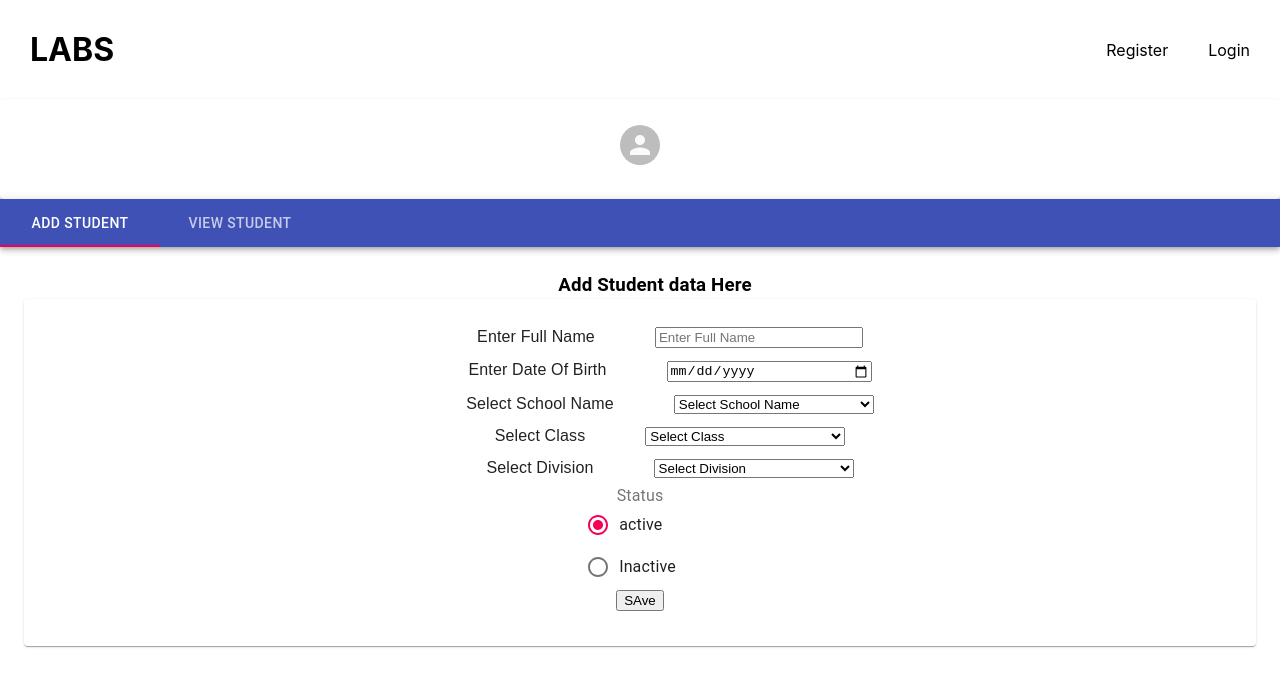
Repository: Prafullkuma/labsdata
Page: /admin
These files come from the project's save history. The page is drawn as it stood at one moment and after the next save; the edit follows.
The browser window is 1280 px wide. The pictures show the whole page.
The project was rebuilt for these pictures with package versions that can differ from the ones it lists, and the page was loaded fresh each time. Also part of the build but not shown: src/Component/Student/ViewData/ViewData.css, src/Component/Student/ViewData/ViewStudentData.js, src/Component/Student/ViewStudent.js, src/Component/Main.js, src/Auth/Login.js, src/Auth/signup.css, src/Auth/Signup.js.

Above is the page before, as saved 2020-08-27 09:53:26.

After the next save:
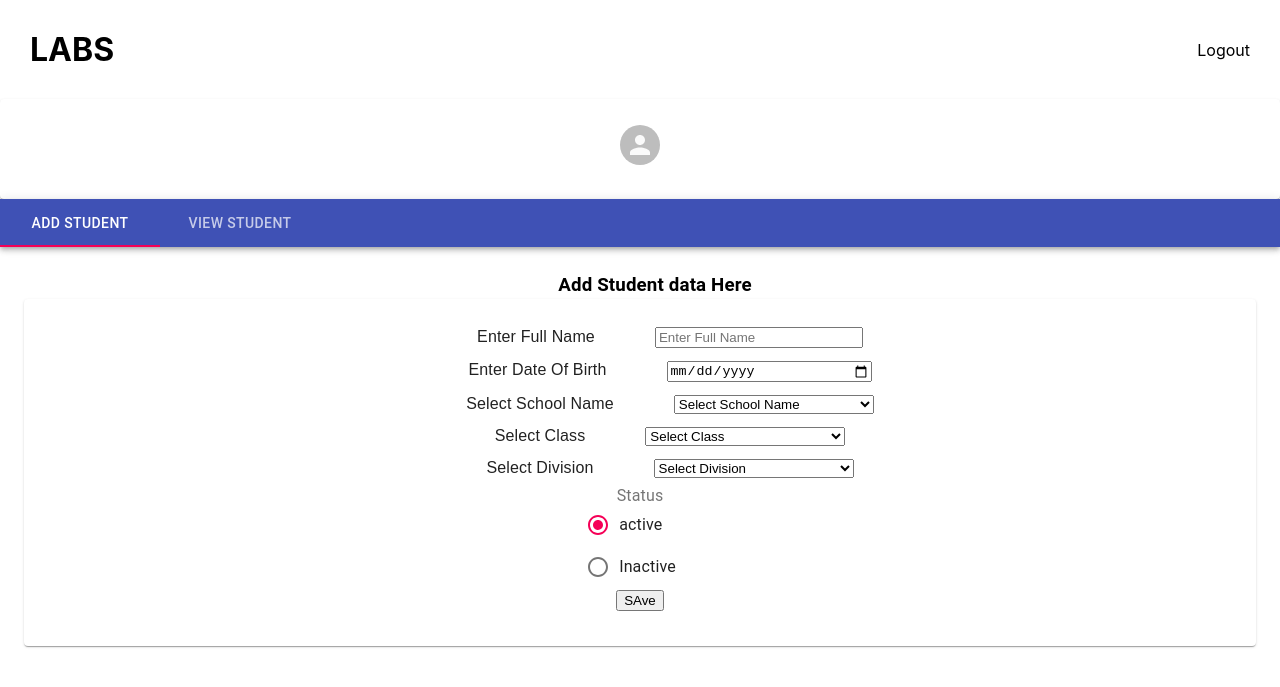
Saved 94 s later.
--- a/src/Component/Nav.js
+++ b/src/Component/Nav.js
@@ -21,13 +21,13 @@
             <h1> <Link to="/"> LABS</Link></h1>
             <ul>
                 {user.email ?
-                    <li><Link to="/" onClick={logoutHandler}>Logout</Link>
-                    </li> :
-
                     <div>
                         <li><Link to="/signup"> Register</Link></li>
                         <li><Link to="/login">Login</Link></li>
-                    </div>
+                    </div> :
+                    <li><Link to="/" onClick={logoutHandler}>Logout</Link>
+                    </li>
+
                 }
 
             </ul>

After the 3 saves that followed:
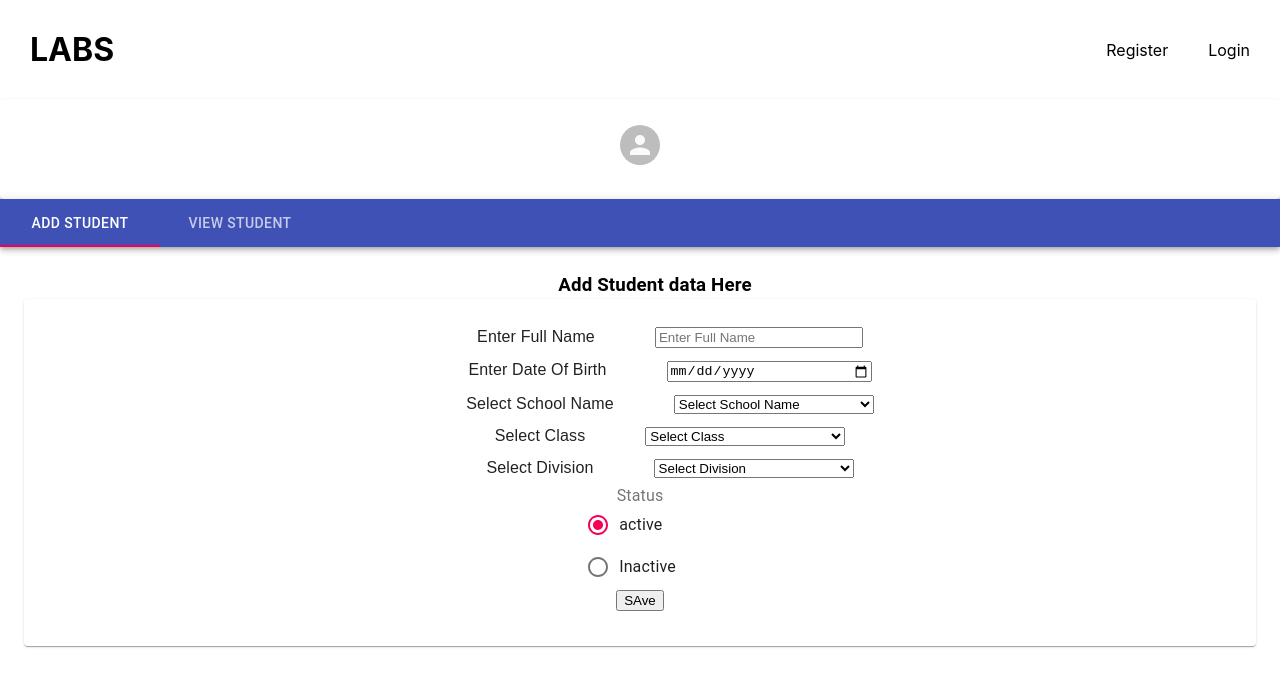
The 3 saves are shown as one change because 2 left the picture as it was.
The last was saved 3 min 13 s later.
--- a/src/Component/Nav.js
+++ b/src/Component/Nav.js
@@ -20,13 +20,14 @@
         <div className="Navbar">
             <h1> <Link to="/"> LABS</Link></h1>
             <ul>
-                {user.email ?
+                {user.email === "prafull@gmail.com" ?
+                    <li onClick={logoutHandler}><Link to="/" >Logout</Link>
+                    </li>
+                    :
                     <div>
                         <li><Link to="/signup"> Register</Link></li>
                         <li><Link to="/login">Login</Link></li>
-                    </div> :
-                    <li><Link to="/" onClick={logoutHandler}>Logout</Link>
-                    </li>
+                    </div>
 
                 }
 
